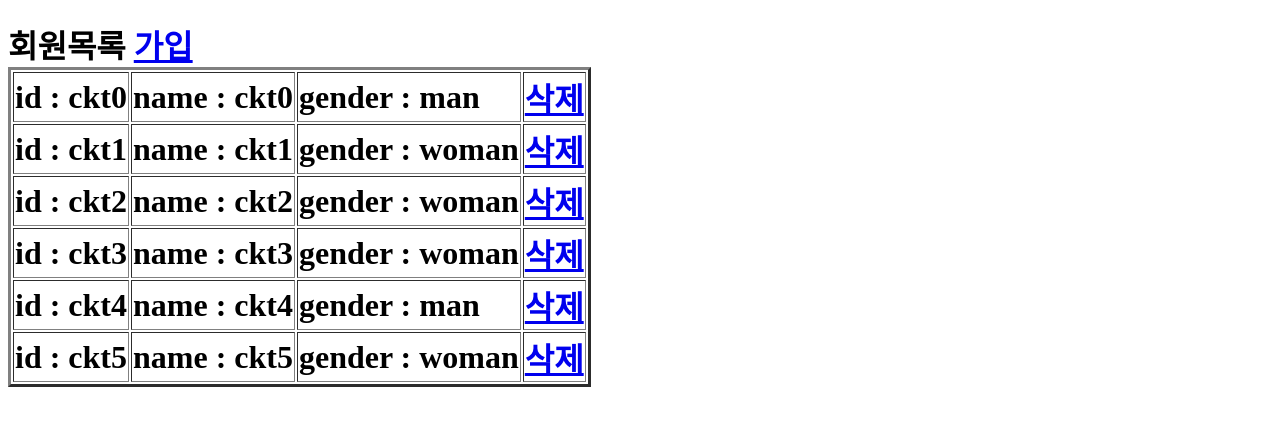
Repository: KyungGon-Lee/MiracomLast
Page: http://localhost/HelloMVCTest/listmember.do
The author's editor kept a copy of each file at every save. The page is drawn from the files as they stood at one save, then again after the next save.
The browser window is 1280 px wide. The pictures show the whole page.
The page is served by Tomcat 9. Other server files are loaded and not shown.

Above is the page before, as saved 2018-07-11 05:55:25.

### HelloMVCTest/src/main/webapp/WEB-INF/views/listmember.jsp
<%@ page language="java" contentType="text/html; charset=utf-8"
    pageEncoding="utf-8"%>
<%@taglib prefix="c" uri="http://java.sun.com/jstl/core_rt" %>
<!DOCTYPE html>
<html>
<head>
<meta charset="EUC-KR">
<title>Insert title here</title>
</head>
<body>
<h1> 회원목록 <a href=registerform.do> 가입 </a><br>
<table border=3>
<c:forEach var="mem" items="${lists}">
	<tr>
		<td>id : ${mem.id}  </td>
		<td>name : ${mem.name}  </td>
		<td>gender : ${mem.gender}  </td>
		<td><a href=deletemember.do?id=${mem.id}> 삭제 </a></td>
	</tr>
</c:forEach>
</table>
</h1>
</body>
</html>

### HelloMVCTest/src/main/java/com/spring/miracom/Member.java
package com.spring.miracom;

public class Member {
	String id;
	String pwd;
	String name;
	String gender;
	String hobby;

	public Member(){
	}

	public Member(String id, String pwd, String name, String gender, String hobby) {
		this.id = id;
		this.pwd = pwd;
		this.name = name;
		this.gender = gender;
		this.hobby = hobby;
	}

	public String getId() {
		return id;
	}
	public void setId(String id) {
		this.id = id;
	}
	public String getPwd() {
		return pwd;
	}
	public void setPwd(String pwd) {
		this.pwd = pwd;
	}
	public String getName() {
		return name;
	}
	public void setName(String name) {
		this.name = name;
	}
	public String getGender() {
		return gender;
	}
	public void setGender(String gender) {
		this.gender = gender;
	}
	public String getHobby() {
		return hobby;
	}
	public void setHobby(String hobby) {
		this.hobby = hobby;
	}

}

After the next save:
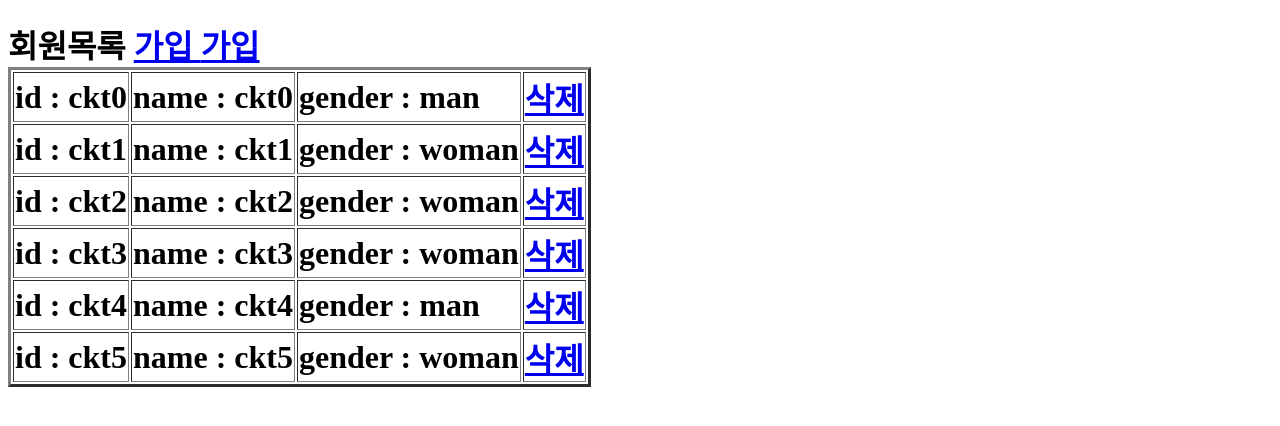
Saved 33 s later.
--- a/HelloMVCTest/src/main/webapp/WEB-INF/views/listmember.jsp
+++ b/HelloMVCTest/src/main/webapp/WEB-INF/views/listmember.jsp
@@ -8,7 +8,9 @@
 <title>Insert title here</title>
 </head>
 <body>
-<h1> 회원목록 <a href=registerform.do> 가입 </a><br>
+<h1> 회원목록 <a href=registerform.do> 가입 </a>
+<a href=registerform.do> 가입 </a>
+<br>
 <table border=3>
 <c:forEach var="mem" items="${lists}">
 	<tr>
